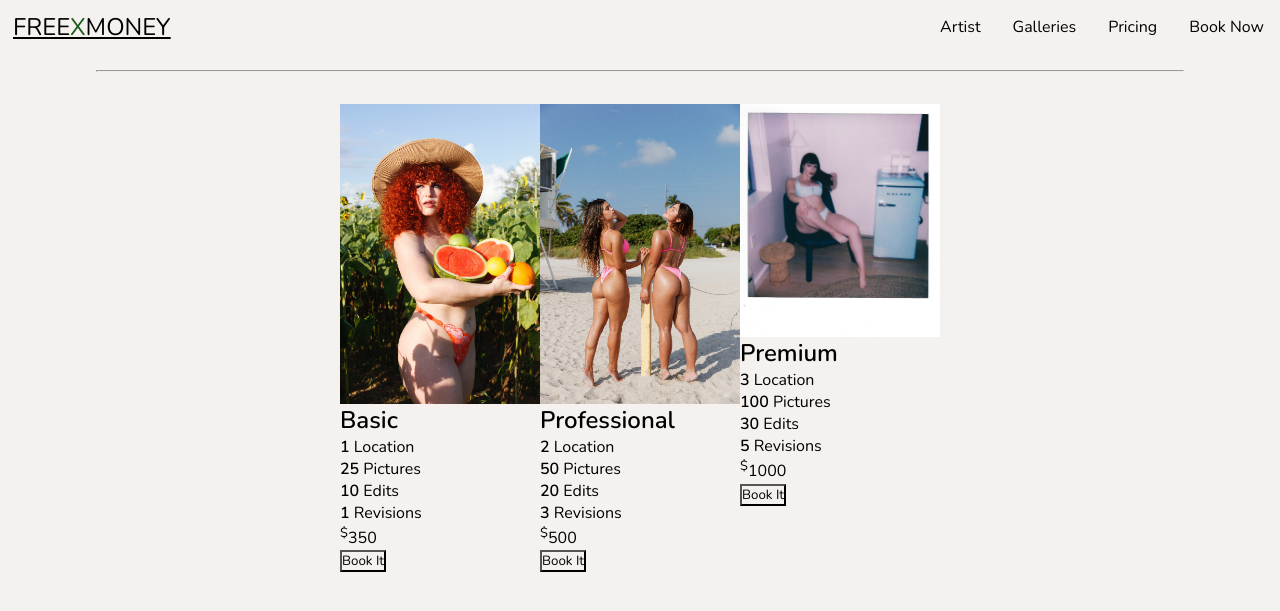
Repository: burntaftermint/freexmoney-draft
Page: price.html
These files come from the project's save history. The page is drawn as it stood at one moment and after the next save; the edit follows.
The browser window is 1280 px wide. The pictures show the whole page.
Some web fonts or font styles are not loaded; a fallback is used.

Above is the page before, as saved 2024-06-11 01:45:46.

### price.html
<!DOCTYPE html>
<html lang="en">
<head>
    <meta charset="UTF-8">
    <meta http-equiv="X-UA-Compatible" content="IE=edge">
    <meta name="viewport" content="width=device-width, initial-scale=1.0">
    <script src="script.js" defer></script>
    <title>FREEXMONEY</title>
    <link rel="preconnect" href="https://fonts.googleapis.com">
    <link rel="preconnect" href="https://fonts.gstatic.com" crossorigin>
    <link href="https://fonts.googleapis.com/css2?family=Architects+Daughter&family=Kumbh+Sans:wght@400;700&family=Montserrat:ital,wght@0,100;0,200;0,300;0,400;0,500;0,600;0,700;0,800;0,900;1,100;1,200;1,300;1,400;1,500;1,600;1,700;1,800;1,900&family=Nunito:wght@300;400;500;600&family=Roboto:wght@300&family=Rubik:wght@400;500;600;700;800&family=Yantramanav:wght@500&display=swap" rel="stylesheet">
    <link rel="stylesheet" type="text/css" href="style.css">
</head>
<body>
    <nav class="navbar">
        <div class="nav-title">
            <a href="index.html">FREE<span>X</span>MONEY</a>
        </div>
        <a href="#" class="toggle-button">
            <span class="bar"></span>
            <span class="bar"></span>
            <span class="bar"></span>
        </a>
        <div class="navbar-links">
            <ul>
                <li><a href="artist.html">Artist</a></li>
                <li><a href="gallery.html">Galleries</a></li>
                <li><a href="pricing.html">Pricing</a></li>
                <li><a href="home.html">Book Now</a></li>
            </ul>
        </div>
    </nav>
    <hr>
    <section class="pricing">
        <div class="card-wrapper">
            <!-- card header -->
            <div class="card-header">
                <img src="images/2.JPG" alt="basic">
                <h2>Basic</h2>
            </div>
            <!-- card detail -->
            <div class="card-detail">
                <p><span class="fas fa-check check"></span><b>1</b> Location </p>
                <p><span class="fas fa-check check"></span><b>25</b> Pictures </p>
                <p><span class="fas fa-check check"></span><b>10</b> Edits </p>
                <p><span class="fas fa-check check"></span><b>1</b> Revisions </p>

            </div>
            <!-- card price -->
            <div class="card-price">
                <p><sup>$</sup>350</p>
            </div>
            <!-- button -->
            <button class="card-button">Book It</button>
        </div>

        <div class="card-wrapper">
            <!-- card header -->
            <div class="card-header">
                <img src="images/10.JPG" alt="basic">
                <h2>Professional</h2>
            </div>
            <!-- card detail -->
            <div class="card-detail">
                <p><span class="fas fa-check check"></span><b>2</b> Location </p>
                <p><span class="fas fa-check check"></span><b>50</b> Pictures </p>
                <p><span class="fas fa-check check"></span><b>20</b> Edits </p>
                <p><span class="fas fa-check check"></span><b>3</b> Revisions </p>

            </div>
            <!-- card price -->
            <div class="card-price">
                <p><sup>$</sup>500</p>
            </div>
            <!-- button -->
            <button class="card-button">Book It</button>
        </div>

        <div class="card-wrapper">
            <!-- card header -->
            <div class="card-header">
                <img src="images/6.JPG" alt="basic">
                <h2>Premium</h2>
            </div>
            <!-- card detail -->
            <div class="card-detail">
                <p><span class="fas fa-check check"></span><b>3</b> Location </p>
                <p><span class="fas fa-check check"></span><b>100</b> Pictures </p>
                <p><span class="fas fa-check check"></span><b>30</b> Edits </p>
                <p><span class="fas fa-check check"></span><b>5</b> Revisions </p>

            </div>
            <!-- card price -->
            <div class="card-price">
                <p><sup>$</sup>1000</p>
            </div>
            <!-- button -->
            <button class="card-button">Book It</button>
        </div>

    </section>

</body>
</html>

### style.css

* {
    margin: 0;
    padding: 0;
    box-sizing: border-box;
    font-family: 'Nunito', sans-serif;
    background-color: #f5f1ef;
}

.container {
    display: flex;
    flex-direction: column;
    justify-content: center;
    align-items: center;
    text-align: center;
    margin: 15px 20px 0 20px;
}

.social-links img {
    width: 50px;

    margin: 20px;
    cursor: pointer;
}

.social-links {
    text-align: center;
}

hr {
    margin: 1rem 6rem 0 6rem;
}


.container .heading {
    width: 50%;
    padding-bottom: 20px;
}

.container .heading h3 {
    font-size: 3em;
    font-weight: 400;
    border-bottom: 3px solid #1b5e20;

}

.container .heading h3 span {
    color: #1b5e20;
    font-weight: 600;
}

.container .box {
    display: flex;
    flex-direction: row;
    justify-content: space-between;

}

.container .box .row1 {
    display: flex;
    flex-direction: column;
    width: 32.5%;
}

.container .box .row1 img {
    width: 100%;
    padding-bottom: 10px;
    animation: fadeInUp 2s ease;
}

.container .box .row1 img:hover{
    opacity: 0.5;
    transition: 0.2s ease;

}

.container .btn {
    margin: 40px 0 70px 0;
    background: #1b5e20;
    padding: 15px 40px ;
    border-radius: 5px;
}


.container .btn a {
    text-decoration: none;
    background-color: transparent;
    color: #f5f5f5;
    font-weight: bolder;
    letter-spacing: 1px;
}

.container .heading a {
    text-decoration: none;
    color: black;
}
.container .heading a:hover {

    color: #f06292;
}

.container .btn a:hover {
    text-decoration: none;
    background-color: transparent;
    color: #f06292;
    font-weight: bolder;

}

/* gallery css */
.gallery-container {
    width: 100%;
    min-height: 100vh;
    display: flex;
    justify-content: center;
    align-items: center;
    padding: 0px 90px;
}

.gallery-content-section {
    display: flex;
    justify-content: center;
    align-items: center;
    text-align: center;
    animation: fadeInRight 2s ease;
}

.gallery-content-section .gallery-card {
    flex: 1;
    margin: 20px 20px;
    box-shadow: 0px 2px 8px 0px rgba(0,0,0,0.2);
    border-radius: 5px;
}

.gallery-content-section .gallery-card:hover {
    transform: scale(1.2);
    cursor: pointer;
}

.gallery-content-section .gallery-card img {
    width: 100%;
    height: auto;
    border-radius: 5px;
}

.gallery-content-section .gallery-card h2 {
    margin: 15px 0px;
    font-size: 28px;
    color: #f06292;
}

.gallery-content-section .gallery-card p {
    font-size: 16px;
    line-height: 1.5;
    padding: 0px 10px;
    margin-bottom: 20px;
}

.galleryh1 {
    text-align: center;
    font-size: 55px;
    color: #1b5e20;
}

/* home css */

.hero {
    background-color: #f5f1ef;
    overflow: hidden;
}

.home-heading h1 {
    color: #1b5e20;
    font-size: 55px;
    text-align: center;
    margin-top: 35px;
    margin-bottom: -30px;
}

.hero-content p {
    font-size: 24px;
    line-height: 1.5;
    margin-bottom: 40px;
    color: rgb(39, 39, 39);
}

.hero-btn {
    display: inline-block;
    background-color: #1b5e20;
    margin-top: -20px;
    padding: 12px 24px;
    border-radius: 5px;
    font-size: 20px;
    border: none;
    cursor: pointer;
    transition: 0.3s ease;
    font-weight: bolder;
    letter-spacing: 1px;
}
.hero-btn a {

    text-decoration: none;
    background-color: transparent;
    color: #f5f5f5;
}
.hero-btn a:hover {

    color: #f06292;
}
.container_home {
    display: flex;
    justify-content: center;
    align-items: center;
    width: 90%;
    margin: 65px auto;
}
.hero-content {
    flex: 1;
    width: 600px;
    margin: 0px 25px;
    animation: fadeInUp 2s ease;
}
.hero-image {
    flex: 1;
    width: 600px;
    margin: auto;
    animation: fadeInRight 2s ease;
}

.hero-content h2 {
    color: #f06292;
    font-size: 38px;
    margin-bottom: 10px;
}

.hero img {
width: 100%;
height: auto;
border-radius: 10px;
}

/* navbar css */
.navbar {
    display: flex;
    justify-content: space-between;
    align-items: center;
    background-color: #f5f1ef;


}

.nav-title {
    background-color: transparent;
    text-decoration: underline;
}
.nav-title a{
    color: black;

}
.nav-title a:hover{
    color: #f06292;
}
.nav-title span{
    background-color: transparent;
    color: #1b5e20;
}

.navbar-links ul {
    margin: 0;
    padding: 0;
    display: flex;
}

.navbar-links li {
    list-style: none;

}

.navbar-links li a {
    text-decoration: none;
    color: black;
    padding: 1rem;
    display: block;



}

.navbar-links li a:hover{
    color: #f06292;
}
.nav-title {
    font-size: 1.5rem;
    margin: .5rem;
    padding-left: 5px;

}

.toggle-button {
    position: absolute;
    top: .75rem;
    right: 1rem;
    display: none;
    flex-direction: column;
    justify-content: space-between;
    width: 30px;
    height: 21px;
}

.toggle-button .bar {
    height: 3px;
    width: 100%;
    background-color: black;
    border-radius: 10px;
}

/* Pricing css */

.pricing {
    display: flex;
    justify-content: center;
    flex-wrap: wrap;
    width: 100%;
    padding: 2rem;
}

.card-header >img {
    width: 200px;
    display: block;
    margin: 0 auto;
}








.pricing-card li {
    background-color: #fa7fa8;
}
.pricing-card strong {
    background-color: #fa7fa8;
}
.pricing-card sup {
    background-color: #fa7fa8;
}

.price {
    background-color: #fa7fa8;
    font-size: 70px;
    color: #f5f1ef;
    margin: 40px 0;
    transition: .2s linear;
}

.price sup, .price span {
    font-size: 22px;
    font-weight: 700;
}









@media only screen and (max-width: 1000px) {
    .gallery-content-section {
        flex-direction: column;
    }

    .pricing-card {
        flex: 50%;

    }

    .pricing-card-header {
        font-size: 10.5px;
    }

    .price {
        font-size: 45px;
    }

    .pricing-card li {
        font-size: 15px;
    }



}




@media only screen and (max-width: 769px) {
    .container .box {
        flex-direction: column;
    }
    .container .box .row1 {
        width: 100%;
    }
    .home-heading h1 {
        font-size: 45px;
        margin-top: 30px;
    }

    .hero {
        margin: 0px;

    }
    .container_home {
        width: 100%;
        flex-direction: column;
        margin: 0px;
        padding: 0px 40px;

    }
    .hero-content {
        width: 100%;
        margin: 35px 0px;
    }
    .hero-content h2 {
        font-size: 30px;

    }
    .hero-content p {
        font-size: 18px;
        margin-bottom: 20px;
    }
    .hero-btn {
        font-size: 16px;
        padding: 8px 16px;

    }
    .hero-image {
        width: 100%;
    }

    .pricing-card {
        flex: 50%;

    }

    .pricing-card-header {
        font-size: 6px;
    }

    .price {
        font-size: 35px;
    }

    .pricing-card li {
        font-size: 15px;
    }


}






@media only screen and (max-width: 718px) {
    .container .heading {
        width: 100%;

    }

    .container .heading h3 {
        font-size: 2.5em;


    }
}

@media only screen and (max-width: 549px) {
    .toggle-button {
        display: flex;

    }
    .navbar-links {
        display: none;
        width: 100%;

    }
    .navbar {
        flex-direction: column;
        align-items: flex-start;
    }

    .navbar-links ul {
        width: 100%;
        flex-direction: column;
    }

    .navbar-links li {
        text-align: center;
    }

    .navbar-links li a {
        padding: .3rem .7rem;
    }

    .navbar-links.active {
        display: flex;
    }
}

@media only screen and (max-width: 510px) {
    .gallery-card {
        width: 150%;

    }
}

@media only screen and (max-width: 400px) {
    .pricingh1 {
        margin-bottom: -175px;
    }
}

@keyframes fadeInUp {
    0% {
        opacity: 0;
        transform: translateY(50px);
    }
    100% {
        opacity: 1;
        transform: translateY(0px);
    }
}


@keyframes fadeInRight {
    0% {
        opacity: 0;
        transform: translateX(-50px);
    }
    100% {
        opacity: 1;
        transform: translateX(0px);
    }
}

Loaded but not shown: script.js (common file)

After the next save:
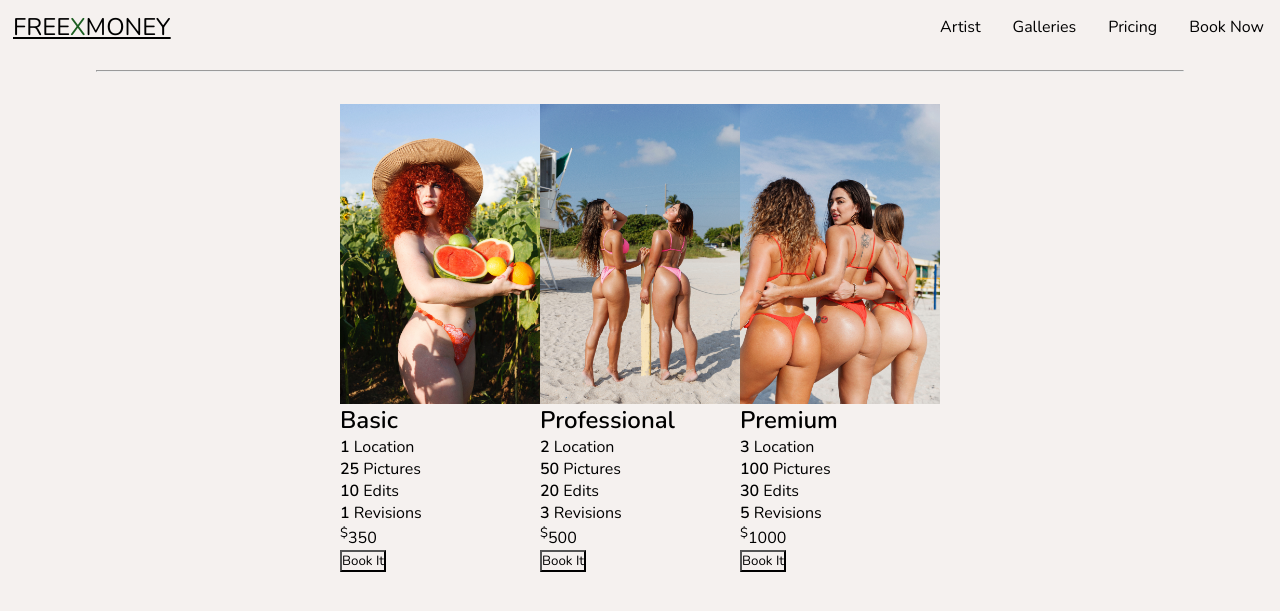
Saved 5 s later.
--- a/price.html
+++ b/price.html
@@ -79,7 +79,7 @@
         <div class="card-wrapper">
             <!-- card header -->
             <div class="card-header">
-                <img src="images/6.JPG" alt="basic">
+                <img src="images/9.JPG" alt="basic">
                 <h2>Premium</h2>
             </div>
             <!-- card detail -->
